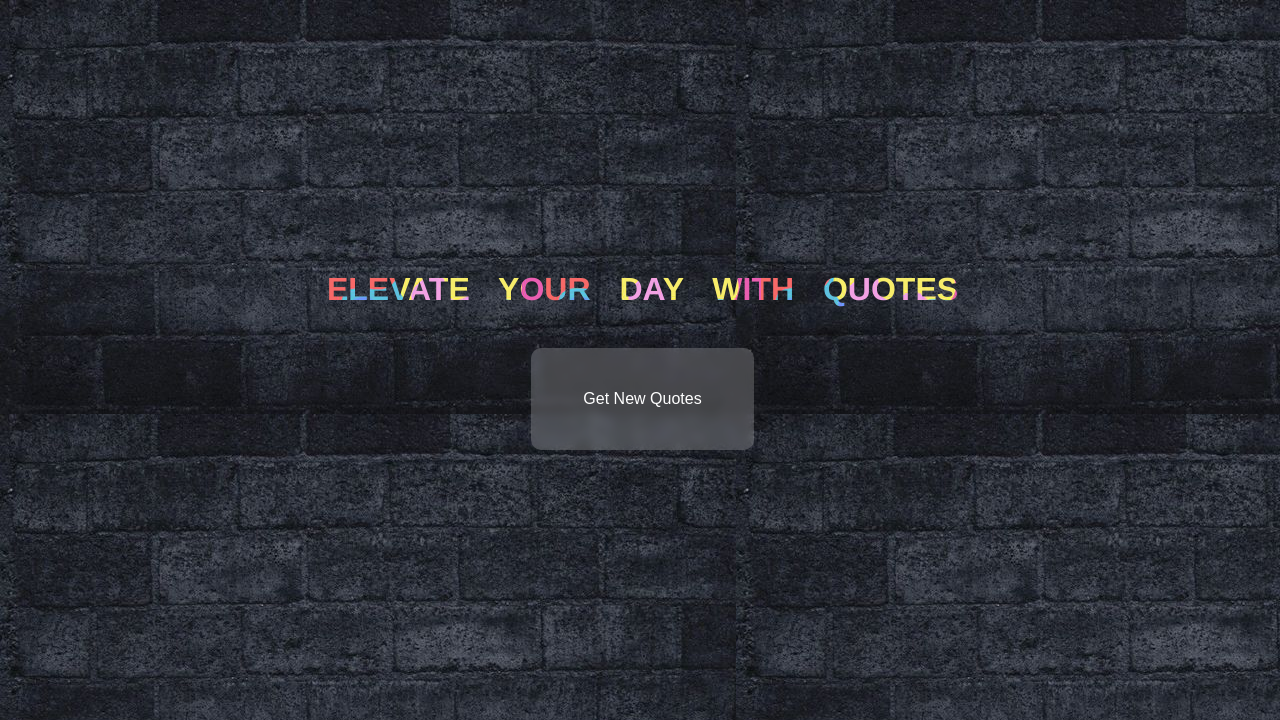
Repository: Bhavik-Sanghar/Quote-app
Page: /
The author's editor kept a copy of each file at every save. The page is drawn from the files as they stood at one save, then again after the next save.
The browser window is 1280 px wide. The pictures show the whole page.
The page's requests for data from a server got no answer. The project was rebuilt for these pictures with package versions that can differ from the ones it lists, and the page was loaded fresh each time. No one was signed in, and anything a server would have sent is missing. Also part of the build but not shown: src/styles.css.

Above is the page before, as saved 2023-08-18 15:43:20.

After the next save:
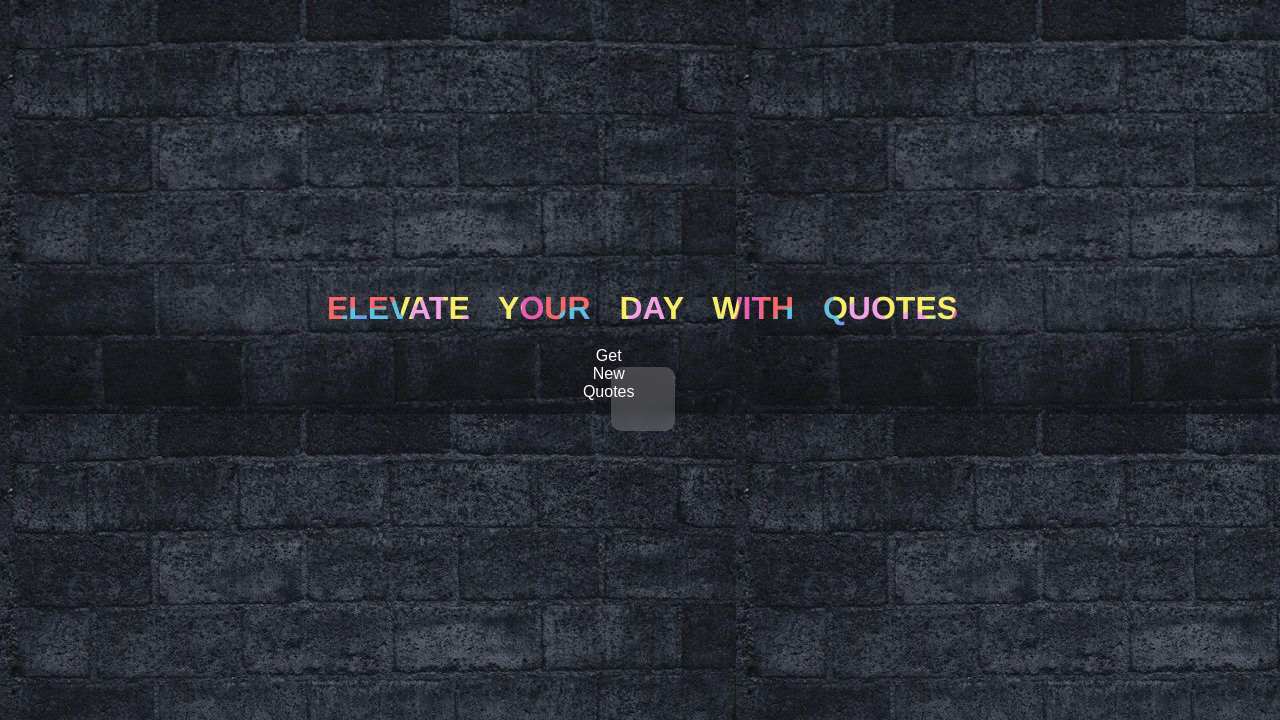
Saved 66 s later.
--- a/src/components/New.css
+++ b/src/components/New.css
@@ -56,6 +56,9 @@
 }
 
 .fetch-button {
+  position: absolute;
+  bottom: 20px; /* Adjust to your preference */
+  right: 20px; /* Adjust to your preference */
   background-color: transparent;
   border: none;
   color: white;
